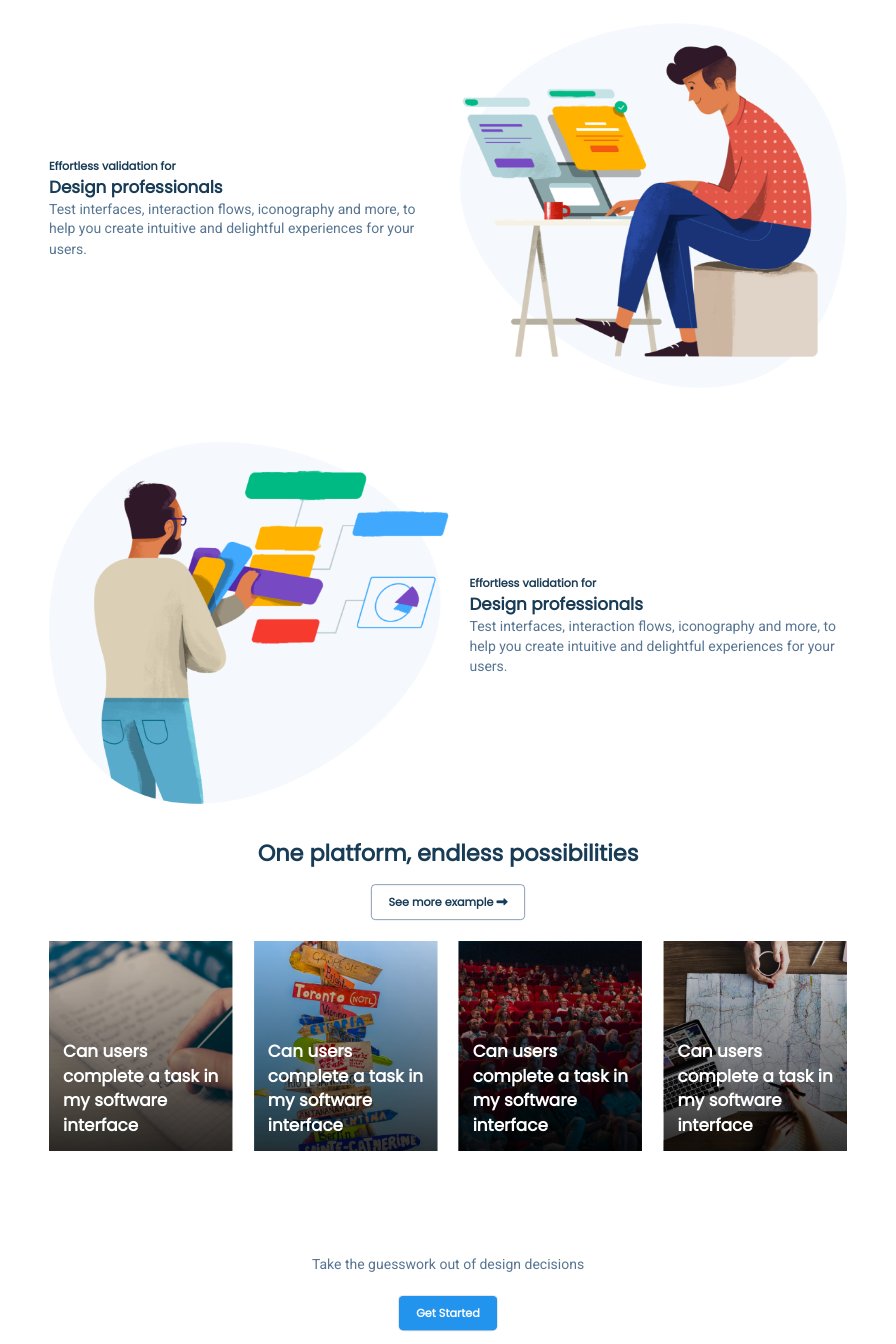
Repository: ramlakhan1/clone1
Page: index.html
These files come from the project's save history. The page is drawn as it stood at one moment and after a run of saves; the edit follows.
The browser window is 1280 px wide. The pictures show the part of the page from y = 2386 to 4306 px (the page is 4306 px tall), at 70% of full size.
Some web libraries are served in a nearby version.

Above is the page before, as saved 2022-11-29 21:52:57.

After the next 3 saves:
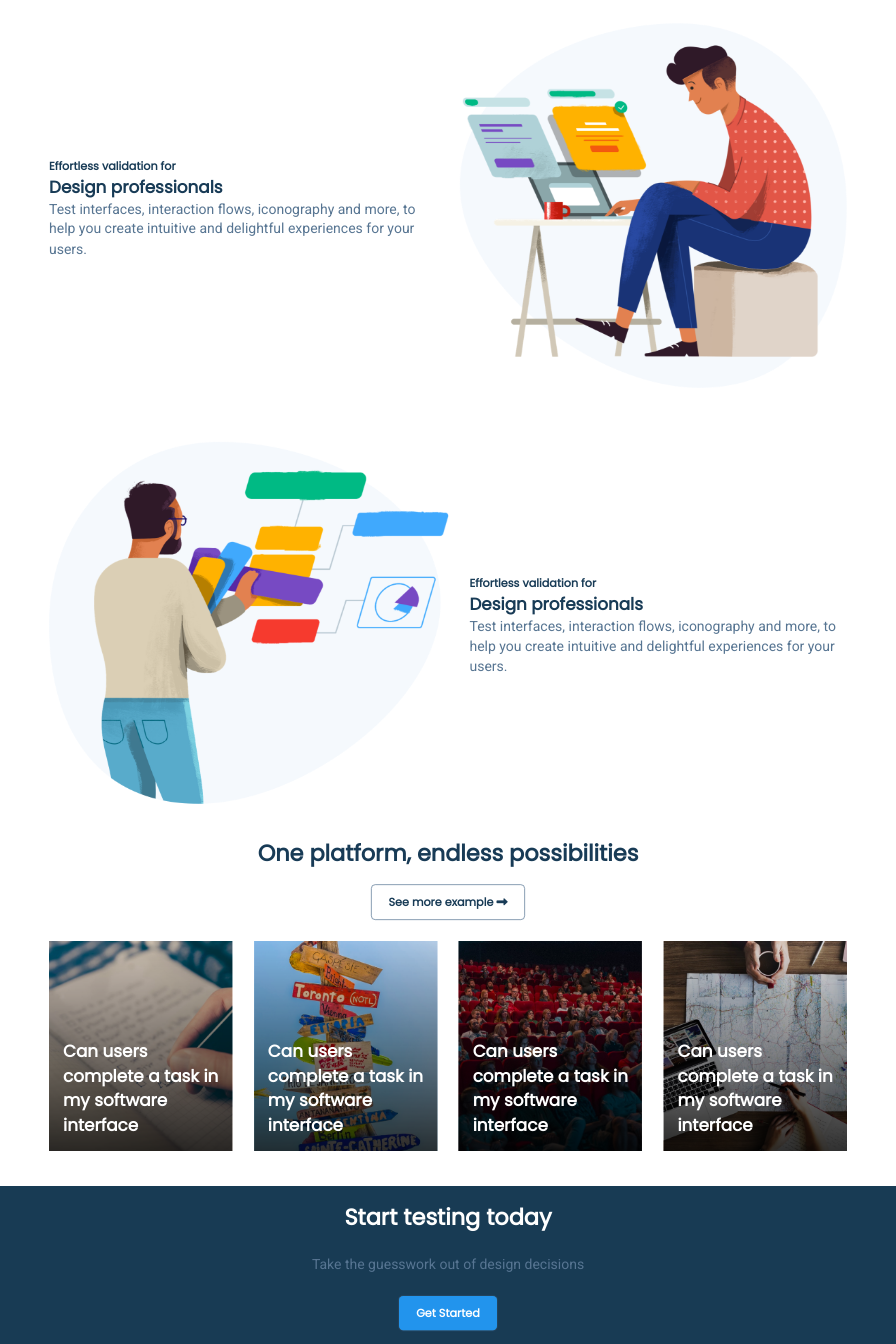
The 3 saves are shown as one change because they came seconds apart.
The last was saved 8 s later.
--- a/style.css
+++ b/style.css
@@ -222,5 +222,5 @@
 
 }
 .cta-section {
-    background-color: ;
-}
+    background-color: #183b54;
+}
